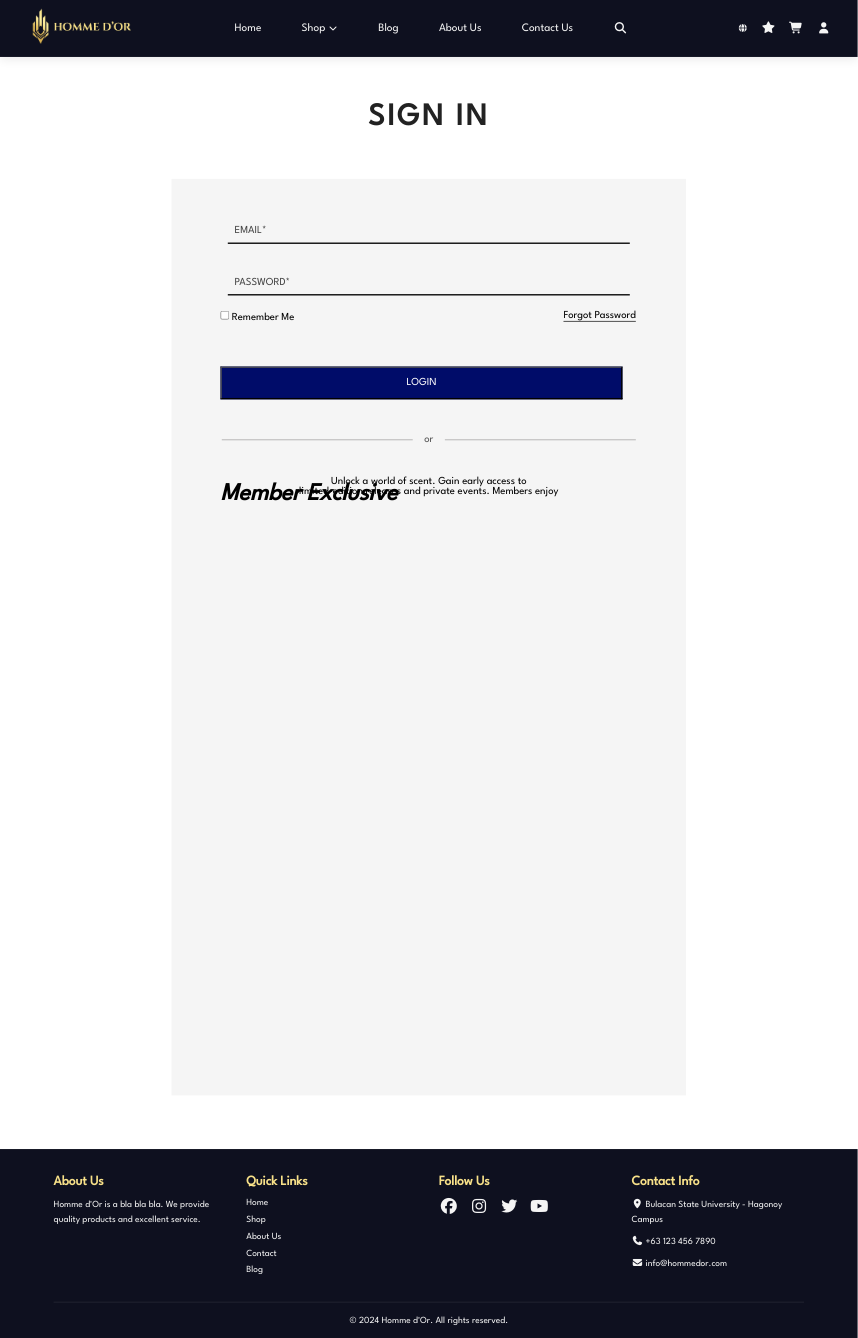
Repository: Izy-Blinken/Homme-d-Or
Page: http://localhost/Homme_dor/pages/login.php?country=ph
These files come from the project's save history. The page is drawn as it stood at one moment and after the next save; the edit follows.
The browser window is 1280 px wide. The pictures show the whole page, at 67% of full size.
The page is run by PHP 8.4 with error messages shown; the project is at /var/www/html/.

Above is the page before, as saved 2026-01-24 22:51:42.

### pages/login.php
<!DOCTYPE html>
<html>
    <head>
        <title>Sign Up</title>
        <link rel="stylesheet" href="../assets/icons/fontawesome/css/all.min.css">
        <link rel="stylesheet" href="../assets/css/style.css">
    </head>

    <body>

        <?php include '../components/header.php'; ?>

        <main>
            <div class="signupTitle">
                <h2><b>SIGN IN</b></h2>
            </div>

            <div class="signupContainerlog">

                <div class="inputGrouplog">
                    <input type="email" required>
                    <label>EMAIL*</label>
                </div>

                <div class="inputGrouplogPas">
                    <input type="password" required>
                    <label>PASSWORD*</label>
                </div>

                <div class="inputGroupCheckboxlog">
                    <input type="checkbox" required>
                    <label> Remember Me</label>

                </div>

                <div class="forgotP">
                    <a href="forgotP.php">Forgot Password</a>

                </div>


                <div class="logBtn">
                    <button>LOGIN</button>

                </div>

                <div class="orContainer">
                    <div class="line1"></div>
                    <div class="line2"></div>

                    <p>or</p>

                    <h2><i><b>Member Exclusive</b></i></h2>
                    <p class="logParagraph">Unlock a world of scent. Gain early access to<br>
                        limited-edition releases and private events. Members enjoy</p>

                </div>

            </div>
        </main>

        <?php include '../components/footer.php'; ?>

    </body>
</html>

### components/header.php
<?php
$currentPage = basename($_SERVER['PHP_SELF']);
?>

<section id="header">
    <a href="index.php">
        <img src="../assets/images/brand_images/prodLogo.png" class="logo" alt="Brand Logo">
    </a>

    <div class="nav-wrapper">
        <ul id="navbar">
            <li><a class="<?php echo ($currentPage == 'index.php') ? 'active' : ''; ?>" href="index.php">Home</a></li>
            <li class="dropdown">
                <a >
                    Shop <i class="fa-solid fa-chevron-down"></i>
                </a>
                <ul class="dropdown-menu">
                    <li><a href="shop.php?category=sale">Sale</a></li>
                    <li><a href="shop.php?category=new-arrival">New Arrival</a></li>
                    <li><a href="shop.php?category=top-picks">Top Picks</a></li>
                    <li><a href="shop.php?category=daily-wear">Daily Wear</a></li>
                    <li><a href="shop.php?category=premium">Premium</a></li>
                </ul>
            </li>
            <li><a class="<?php echo ($currentPage == 'blog.php') ? 'active' : ''; ?>" href="blog.php">Blog</a></li>
            <li><a class="<?php echo ($currentPage == 'AboutUs.php') ? 'active' : ''; ?>" href="AboutUs.php">About Us</a></li>
            <li><a class="<?php echo ($currentPage == 'ContactUs.php') ? 'active' : ''; ?>" href="ContactUs.php">Contact Us</a></li>
            <li><a href="search.php"><i class="fa-solid fa-search"></i></a></li>
        </ul>

        <ul id="navbar-right">
        <li class="dropdown country-dropdown">
            <a href="#">
                <i class="fa-solid fa-globe"></i>
            </a>
            <ul class="dropdown-menu country-menu">
                <li><a href="?country=ph"><span class="flag">🇵🇭</span> Philippines</a></li>
                <li><a href="?country=jp"><span class="flag">🇯🇵</span> Japan</a></li>
                <li><a href="?country=cn"><span class="flag">🇨🇳</span> China</a></li>
                <li><a href="?country=fr"><span class="flag">🇫🇷</span> France</a></li>
            </ul>
        </li>
        <li><a class="<?php echo ($currentPage == 'wishlist.php') ? 'active' : ''; ?>"href="wishlist.php"><i class="fa-solid fa-star"></i></a></li>
            <li><a class="<?php echo ($currentPage == 'cart.php') ? 'active' : ''; ?>" href="cart.php"><i class="fa-solid fa-shopping-cart"></i></a></li>
            <li><a class="<?php echo ($currentPage == 'profile.php') ? 'active' : ''; ?>" href="profile.php"><i class="fa-solid fa-user"></i></a></li>
        </ul>
    </div>
</section>

### components/footer.php
<footer id="footer">
    <div class="footer-content">
        <div class="footer-section">
            <h3>About Us</h3>
            <p>Homme d'Or is a bla bla bla. We provide quality products and excellent service.</p>
        </div>

        <div class="footer-section">
            <h3>Quick Links</h3>
            <ul>
                <li><a href="index.php">Home</a></li>
                <li><a href="shop.php">Shop</a></li>
                <li><a href="AboutUs.php">About Us</a></li>
                <li><a href="ContactUs.php">Contact</a></li>
                <li><a href="blog.php">Blog</a></li>
            </ul>
        </div>

        <div class="footer-section">
            <h3>Follow Us</h3>
            <div class="social-icons">
                <a href="#"><i class="fa-brands fa-facebook"></i></a>
                <a href="#"><i class="fa-brands fa-instagram"></i></a>
                <a href="#"><i class="fa-brands fa-twitter"></i></a>
                <a href="#"><i class="fa-brands fa-youtube"></i></a>
            </div>
        </div>

        <div class="footer-section">
            <h3>Contact Info</h3>
            <p><i class="fa-solid fa-location-dot"></i> Bulacan State University - Hagonoy Campus</p>
            <p><i class="fa-solid fa-phone"></i> +63 123 456 7890</p>
            <p><i class="fa-solid fa-envelope"></i> info@hommedor.com</p>
        </div>
    </div>

    <div class="footer-bottom">
        <p>&copy; 2024 Homme d'Or. All rights reserved.</p>
    </div>
</footer>

Loaded but not shown: assets/icons/fontawesome/css/all.min.css (library); assets/css/style.css (1863 lines, source omitted)

After the next save:
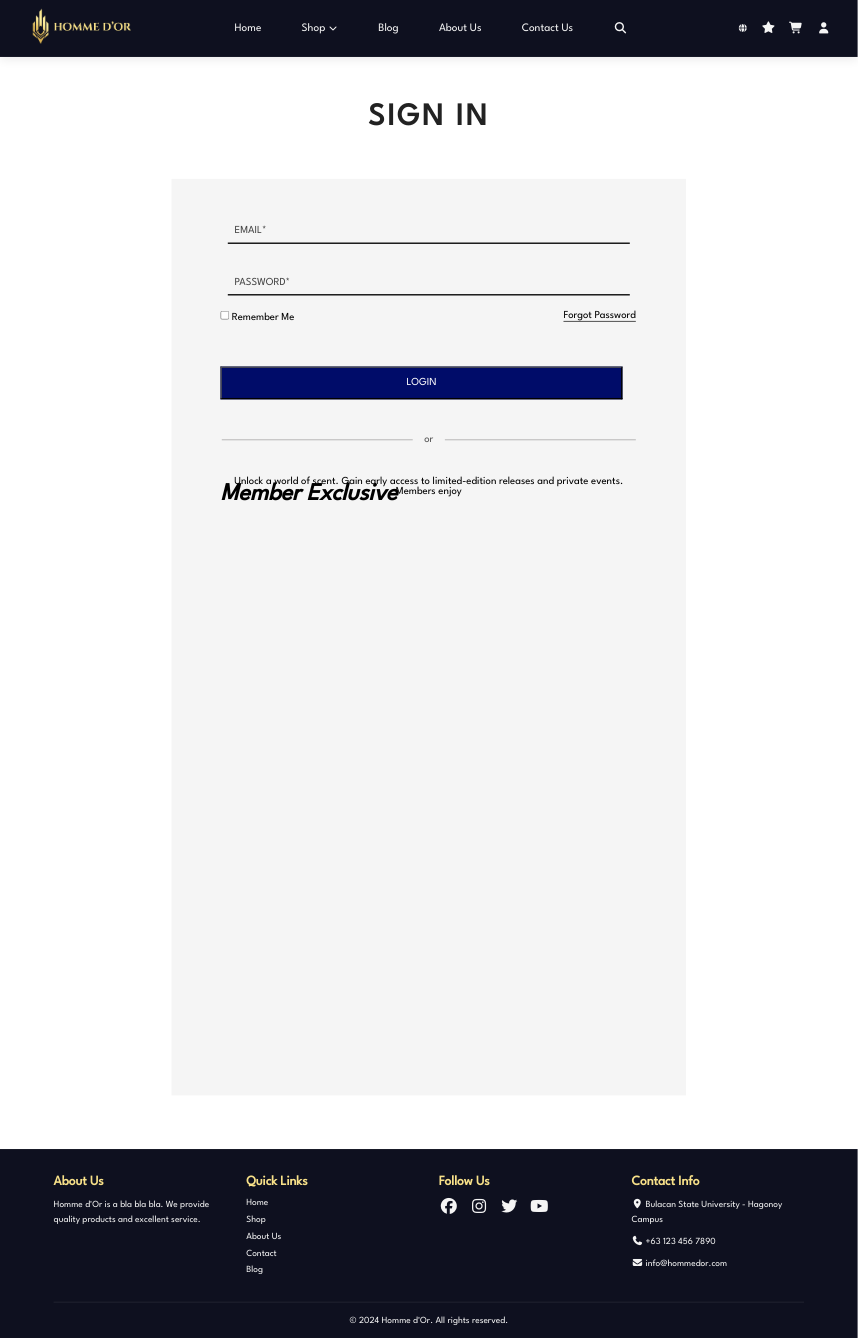
Saved 5 s later.
--- a/pages/login.php
+++ b/pages/login.php
@@ -51,7 +51,7 @@
                     <p>or</p>
 
                     <h2><i><b>Member Exclusive</b></i></h2>
-                    <p class="logParagraph">Unlock a world of scent. Gain early access to<br>
+                    <p class="logParagraph">Unlock a world of scent. Gain early access to
                         limited-edition releases and private events. Members enjoy</p>
 
                 </div>
